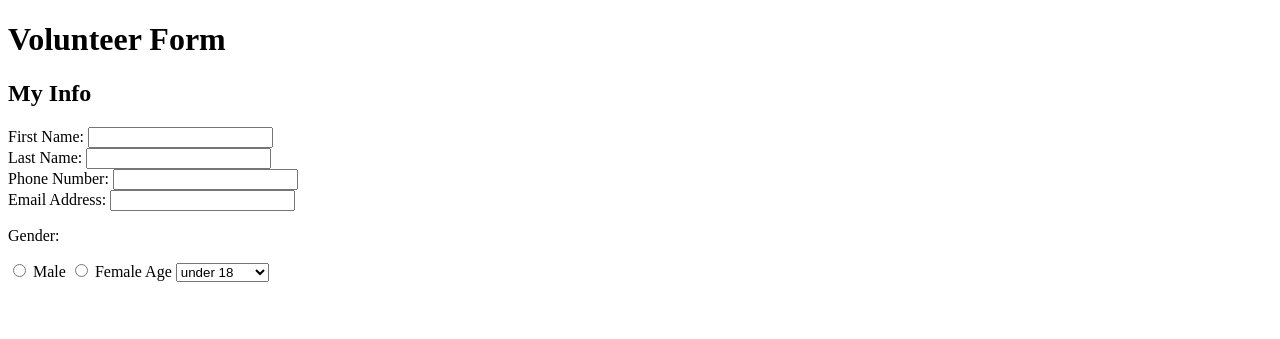
Repository: rishondass/ITMD361-Lab4
Page: index.html
The author's editor kept a copy of each file at every save. The page is drawn from the files as they stood at one save, then again after the next save.
The browser window is 1280 px wide. The pictures show the whole page.

Above is the page before, as saved 2023-01-13 15:01:09.

After the next save:
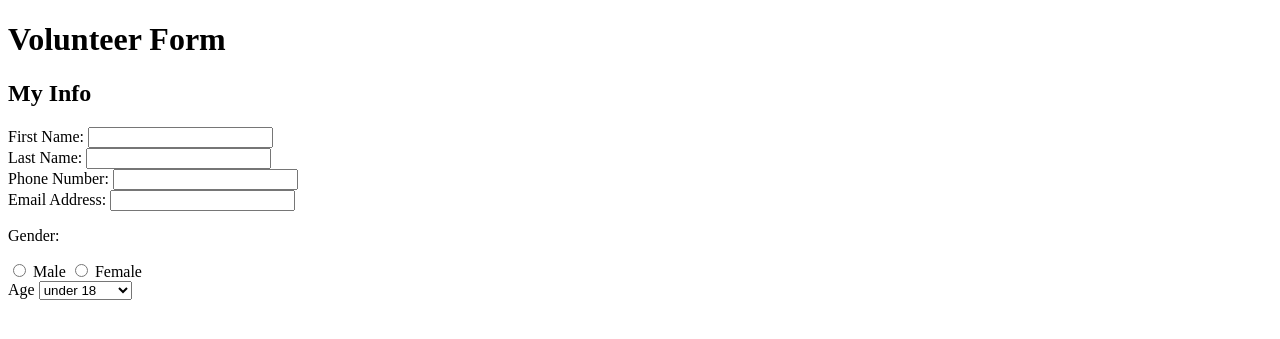
Saved 5 s later.
--- a/index.html
+++ b/index.html
@@ -32,17 +32,17 @@
             <input type="email" name="email_field">
         </div>
         <div>
-
+            <p>Gender:</p>
+            <input type="radio" name="gender_field" value="Male">
+            <label for="gender_field">Male</label>
+            <input type="radio" name="gender_field" value="Female">
+            <label for="gender_field">Female</label>
         </div>
 
 
 
 
-        <p>Gender:</p>
-        <input type="radio" name="gender_field" value="Male">
-        <label for="gender_field">Male</label>
-        <input type="radio" name="gender_field" value="Female">
-        <label for="gender_field">Female</label>
+
 
         <label for="age_field">Age</label>
         <select name="age_field">
